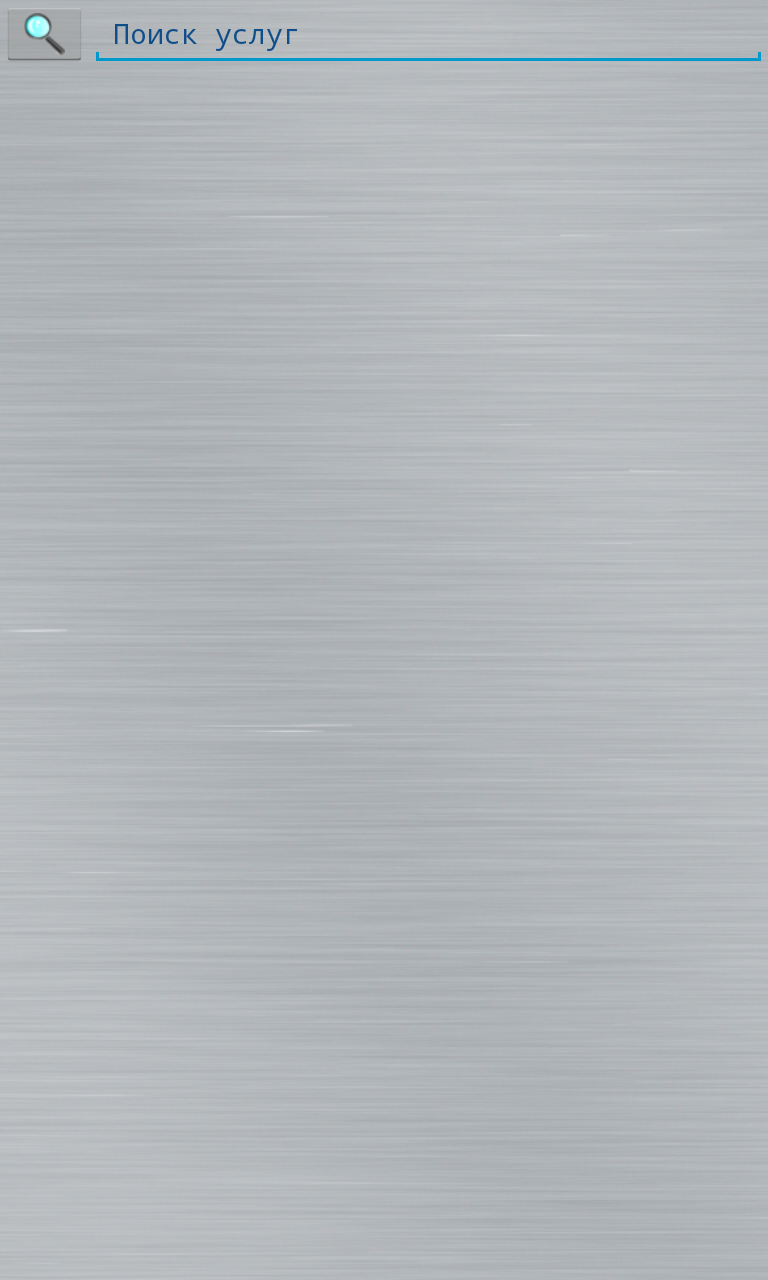
Repository: complexityclass/GosClient
Layout: Client/res/layout/listview_searchbar_layout.xml
An editor plug-in stored every save of this project. The layout is shown before and after the next save, followed by the edit.
It is drawn on a 768 x 1280 px phone screen (xhdpi) without system bars, with theme AppTheme; the app's code is not run. Lists and similar views that code fills are empty.

Above is the layout before, as saved 2013-04-26 12:26:45.

After the next save:
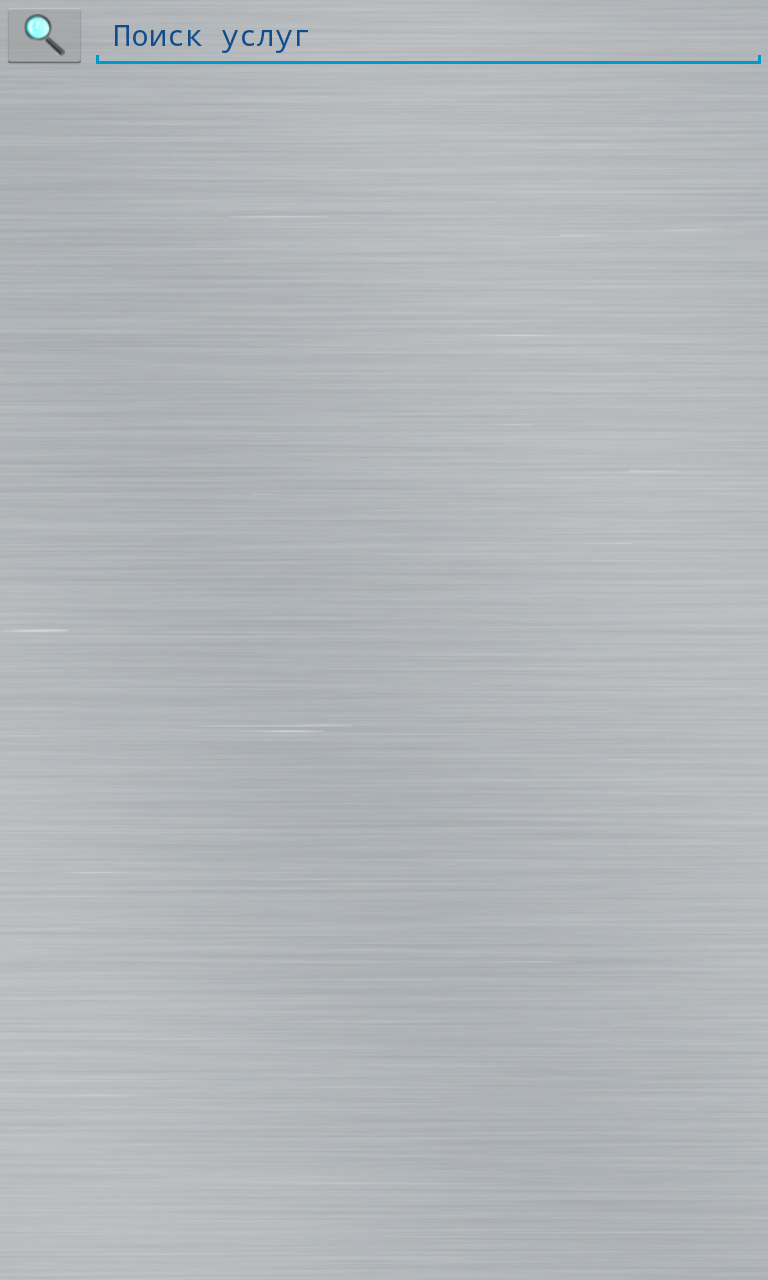
Saved 3 min 8 s later.
--- a/Client/res/layout/listview_searchbar_layout.xml
+++ b/Client/res/layout/listview_searchbar_layout.xml
@@ -3,7 +3,6 @@
     android:layout_width="fill_parent"
     android:layout_height="fill_parent"
     android:background="@drawable/back">
-
 
     <EditText
         android:id="@+id/editText1"
@@ -12,13 +11,13 @@
         android:layout_alignParentRight="true"
         android:layout_alignParentTop="true"
         android:layout_toRightOf="@+id/ImageButton01"
+        android:cursorVisible="false"
+        android:ems="10"
+        android:singleLine="true"
         android:text="Поиск услуг"
         android:textColor="#104E8B"
-        android:textSize="14dp"
-        android:typeface="monospace"
-        android:cursorVisible="false"
-        android:singleLine="true"
-        android:ems="10" >
+        android:textSize="15sp"
+        android:typeface="monospace" >
 
         <requestFocus />
     </EditText>
